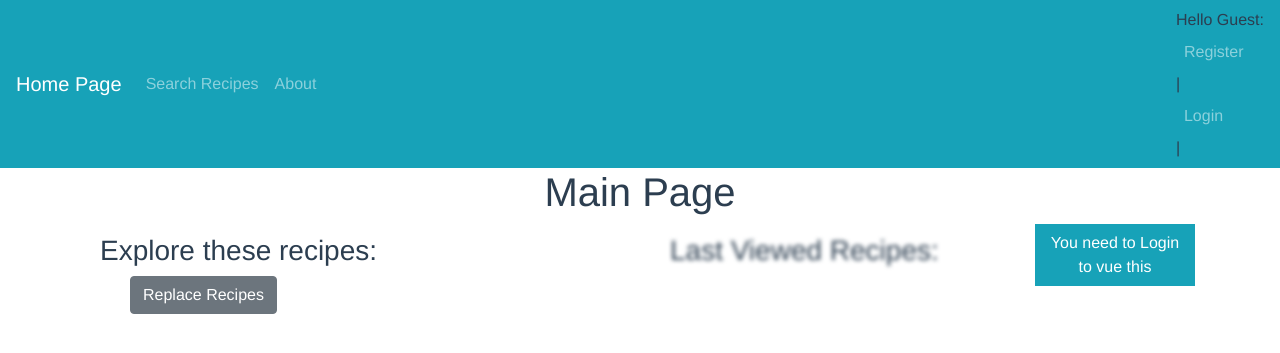
Repository: chenshor/cooking-site
Page: /
These files come from the project's save history. The page is drawn as it stood at one moment and after the next save; the edit follows.
The browser window is 1280 px wide. The pictures show the whole page.
The page's requests for data from a server got no answer. The project was rebuilt for these pictures with package versions that can differ from the ones it lists, and the page was loaded fresh each time. No one was signed in, and anything a server would have sent is missing. Also part of the build but not shown: vue.config.js, src/components/Indication.vue, src/components/RecipePreview.vue, src/pages/NotFoundPage.vue, src/components/IngredientSpoon.vue, src/components/Favorite.vue, src/pages/RecipePage.vue, src/assets/countries.js and 8 more.

Above is the page before, as saved 2020-06-22 21:17:27.

### index.html
<!DOCTYPE html>
<html lang="en">
  <head>
    <meta charset="utf-8" />
    <meta http-equiv="X-UA-Compatible" content="IE=edge" />
    <meta
      name="viewport"
      content="width=device-width,initial-scale=1.0,shrink-to-fit=no"
    />
    <link rel="icon" href="<%= BASE_URL %>favicon.ico" />
    <title><%= htmlWebpackPlugin.options.title %></title>
  </head>
  <body>
    <noscript>
      <strong
        >We're sorry but <%= htmlWebpackPlugin.options.title %> doesn't work
        properly without JavaScript enabled. Please enable it to
        continue.</strong
      >
    </noscript>
    <div id="app"></div>
    <!-- built files will be auto injected -->
  </body>
</html>

### src/main.js
import Vue from "vue";
import App from "./App.vue";
import VueAxios from "vue-axios";
import axios from "axios";

import routes from "./routes";
import VueRouter from "vue-router";
Vue.use(VueRouter);
const router = new VueRouter({
  routes,
});

import Vuelidate from "vuelidate";
import "bootstrap/dist/css/bootstrap.css";
import "bootstrap-vue/dist/bootstrap-vue.css";
import {
  FormGroupPlugin,
  FormPlugin,
  FormInputPlugin,
  ButtonPlugin,
  CardPlugin,
  NavbarPlugin,
  FormSelectPlugin,
  AlertPlugin,
  ToastPlugin,
  LayoutPlugin,
  ImagePlugin,
  TabsPlugin,
  FormCheckboxPlugin,
  FormRadioPlugin,
  FormTagsPlugin,
  IconsPlugin,
} from "bootstrap-vue";
[
  FormGroupPlugin,
  FormPlugin,
  FormInputPlugin,
  ButtonPlugin,
  CardPlugin,
  NavbarPlugin,
  FormSelectPlugin,
  AlertPlugin,
  ToastPlugin,
  LayoutPlugin,
  ImagePlugin,
  TabsPlugin,
  FormCheckboxPlugin,
  FormRadioPlugin,
  FormTagsPlugin,
  IconsPlugin,
].forEach((x) => Vue.use(x));
Vue.use(Vuelidate);
Vue.use(VueAxios, axios);
axios.defaults.withCredentials = true;
axios.interceptors.request.use(
  function(config) {
    // Do something before request is sent
    return config;
  },
  function(error) {
    // Do something with request error
    return Promise.reject(error);
  }
);

// Add a response interceptor
axios.interceptors.response.use(
  function(response) {
    // Do something with response data
    return response;
  },
  function(error) {
    // Do something with response error
    return Promise.reject(error);
  }
);

Vue.use(VueAxios, axios);

Vue.config.productionTip = false;

const shared_data = {
  username: localStorage.username,
  login(username) {
    localStorage.setItem("username", username);
    this.username = username;
    console.log("login", this.username);
  },
  logout() {
    console.log("logout");
    localStorage.removeItem("username");
    this.username = undefined;
  },
};
console.log(shared_data);
// Vue.prototype.$root.store = shared_data;

new Vue({
  router,
  data() {
    return {
      store: shared_data,
    };
  },
  methods: {
    toast(title, content, variant = null, append = false) {
      this.$bvToast.toast(`${content}`, {
        title: `${title}`,
        toaster: "b-toaster-top-center",
        variant: variant,
        solid: true,
        appendToast: append,
        autoHideDelay: 3000,
      });
    },
  },
  render: (h) => h(App),
}).$mount("#app");

### src/App.vue
<template>
  <div id="app">
    <b-navbar toggleable="lg" type="dark" variant="info">
      <b-navbar-brand to="/">Home Page</b-navbar-brand>

      <b-navbar-toggle target="nav-collapse"></b-navbar-toggle>

      <b-collapse id="nav-collapse" is-nav>
        <b-navbar-nav>
          <b-nav-item to="/search">Search Recipes</b-nav-item>
          <b-nav-item to="/about">About</b-nav-item>
        </b-navbar-nav>

        <!-- Right aligned nav items -->
        <b-navbar-nav class="ml-auto">
          <span v-if="!$root.store.username">
            Hello Guest:
            <b-nav-item to="/register">Register</b-nav-item>|
            <b-nav-item to="/login">Login</b-nav-item>|
          </span>
          <span v-else>
            {{ $root.store.username }}:
            <b-button @click="Logout">Logout</b-button>
|
            <b-nav-item-dropdown text="Personal">
              <b-dropdown-item to="/FamilyList">Family Recipes</b-dropdown-item>
              <b-dropdown-item to="/myRecipes">My Recipes</b-dropdown-item>
              <b-dropdown-item to="/favorite">My Favorite</b-dropdown-item>
            </b-nav-item-dropdown>

            <b-nav-item-dropdown right>
              <!-- Using 'button-content' slot -->
              <template v-slot:button-content>
                <em>User</em>
              </template>
              <b-dropdown-item href="#">Profile</b-dropdown-item>
              <b-dropdown-item href="#">Sign Out</b-dropdown-item>
            </b-nav-item-dropdown>
          </span>
        </b-navbar-nav>
      </b-collapse>
    </b-navbar>

    <!--


      <span v-if="!$root.store.username">
        Hello Guest:
        <router-link to="/register">Register</router-link>|
        <router-link to="/login">Login</router-link>|
      </span>
      <span v-else>
        {{ $root.store.username }}:
        <b-nav-item-dropdown text="Personal" >
          <b-dropdown-item to="/FamilyList">Family Recipes</b-dropdown-item>
          <b-dropdown-item to="/myRecipes">My Recipes</b-dropdown-item>
          <b-dropdown-item to="/favorite">My Favorite</b-dropdown-item>
        </b-nav-item-dropdown>
        <router-link to="/FamilyList">Family Recipes</router-link>|
        <router-link to="/myRecipes">My Recipes</router-link>|
        <router-link to="/favorite">My Favorite</router-link>
        <button @click="Logout">Logout</button>|
      </span>
    </div>-->
    <router-view />
  </div>
</template>

<script>
export default {
  name: "App",
  methods: {
    async Logout() {
      this.$root.store.logout();
      const response = await this.axios.post(
        "https://ass3-2.herokuapp.com/logout"
      );
      this.$root.toast("Logout", "User logged out successfully", "success");

      this.$router.push("/").catch(() => {
        this.$forceUpdate();
      });
    }
  }
};
</script>

<style lang="scss">
#app {
  font-family: Avenir, Helvetica, Arial, sans-serif;
  -webkit-font-smoothing: antialiased;
  -moz-osx-font-smoothing: grayscale;
  color: #2c3e50;
  min-height: 100vh;
  width: 100%;
  height: 100%;
}

#nav {
  padding: 30px;
}

#nav a {
  font-weight: bold;
  color: #2c3e50;
}

#nav a.router-link-exact-active {
  color: #42b983;
}
</style>

### src/routes.js
import Main from "./pages/MainPage";
import NotFound from "./pages/NotFoundPage";
import Search from "./pages/SearchPage";
import Recipe from "./pages/RecipePage";
import Register from "./pages/RegisterPage";
import About from "./pages/AboutPage";
import FamilyRecipes from "./pages/FamilyRecipesPage";
import MyRecipesPage from "./pages/MyRecipesPage";

const routes = [
  {
    path: "/",
    name: "main",
    component: Main,
  },
  {
    path: "/login",
    name: "login",
    component: () => import("./pages/LoginPage"),
  },
  {
    path: "*",
    name: "notFound",
    component: NotFound,
  },
  {
    path: "/search",
    name: "search",
    component: () => import("./pages/SearchPage"),
  },
  {
    path: "/recipe/:recipeId",
    name: "recipe",
    component: () => import("./pages/RecipePage"),
  },
  {
    path: "/familyRecipe/:id",
    name: "familyRecipe",
    component: () => import("./pages/FullFamilyRecipePage"),
  },
  {
    path: "/register",
    name: "register",
    component: () => import("./pages/RegisterPage"),
  },
  {
    path: "/about",
    name: "about",
    component: () => import("./pages/AboutPage"),
  },
  {
    path: "/FamilyList",
    name: "FamilyRecipes",
    component: () => import("./pages/FamilyRecipesPage"),
  },
  {
    path: "/myRecipes",
    name: "myRecipes",
    component: () => import("./pages/MyRecipesPage"),
  },
  {
    path: "/favorite",
    name: "favorite",
    component: () => import("./pages/FavoritePage"),
  },
];

export default routes;

### src/pages/MainPage.vue
<template>
  <div>
    <b-container class="container">
      <b-row>
        <b-col class="text-center">
          <h1 class="title">Main Page</h1>
        </b-col>
      </b-row>
      <b-row align-v="stretch">
        <b-col>
          <RecipePreviewList title="Randome Recipes" class="RandomRecipes center" />
        </b-col>
        <b-col>
          <b-row>
            <b-col cols="8">
              <LastSeen
                title="Last Viewed Recipes"
                :class="{
            RandomRecipes: true,
            blur: !$root.store.username,
            center: true,
          }"
                disabled
              ></LastSeen>
            </b-col>
            <b-col>
              <b-button
                squared
                v-if="!$root.store.username"
                to="/login"
                variant="info"
              >You need to Login to vue this</b-button>
            </b-col>
          </b-row>
        </b-col>
      </b-row>
    </b-container>
  </div>
</template>

<script>
import RecipePreviewList from "../components/RecipePreviewList";
import LastSeen from "../components/LastSeen";
export default {
  components: {
    RecipePreviewList,
    LastSeen
  }
};
</script>

<style lang="scss" scoped>
.RandomRecipes {
  margin: 10px 0 10px;
}
.blur {
  -webkit-filter: blur(5px); /* Safari 6.0 - 9.0 */
  filter: blur(2px);
}
::v-deep .blur .recipe-preview {
  pointer-events: none;
  cursor: default;
}
// .grid {
//   display: grid;
//   grid-template-columns: auto;
//   grid-template-rows: auto;
//   grid-gap: 3%;
//   height: 100%;
//   width: 100%;
// }
// .random {
//   grid-row: 2/-1;
//   padding: 1%;
//   overflow: auto;
// }
// .lastview {
//   grid-row: 2/-1;
//   padding: 1%;
//   overflow: auto;
// }
// .buttonLogin {
//   grid-row: 2/-1;
//   padding-top: 1%;
//   overflow: auto;
//   margin-top: 5%;
// }
// .container {
//   width: 100%;
//   height: 100%;
// }
</style>

### src/pages/SearchPage.vue
<template>
  <b-container class="container">
    <b-row>
      <b-col>
        <h1 class="titleS">Search</h1>
      </b-col>
    </b-row>
    <b-row>
      <b-col>
        <b-form @submit.prevent="searchRecipe">
          <b-form-group label="search" label-for="search">
            <b-form-input id="search" v-model="search" placeholder="Search here.."></b-form-input>
          </b-form-group>

          <b-form-group label="Cuisine">
            <b-form-tags v-model="valueCuisine" size="lg" add-on-change no-outer-focus class="mb-2">
              <template v-slot="{ tags, inputAttrs, inputHandlers, disabled, removeTag }">
                <ul v-if="tags.length > 0" class="list-inline d-inline-block mb-2">
                  <li v-for="tag in tags" :key="tag" class="list-inline-item">
                    <b-form-tag
                      @remove="removeTag(tag)"
                      :title="tag"
                      :disabled="disabled"
                      variant="info"
                    >{{ tag }}</b-form-tag>
                  </li>
                </ul>
                <b-form-select
                  v-bind="inputAttrs"
                  v-on="inputHandlers"
                  :disabled="disabled"
                  :options="cuisine"
                >
                  <template v-slot:first>
                    <option disabled value>Choose a tag...</option>
                  </template>
                </b-form-select>
              </template>
            </b-form-tags>
          </b-form-group>

          <b-form-group label="Diet">
            <b-form-tags v-model="valueDiet" size="lg" add-on-change no-outer-focus class="mb-2">
              <template v-slot="{ tags, inputAttrs, inputHandlers, disabled, removeTag }">
                <ul v-if="tags.length > 0" class="list-inline d-inline-block mb-2">
                  <li v-for="tag in tags" :key="tag" class="list-inline-item">
                    <b-form-tag
                      @remove="removeTag(tag)"
                      :title="tag"
                      :disabled="disabled"
                      variant="info"
                    >{{ tag }}</b-form-tag>
                  </li>
                </ul>
                <b-form-select
                  v-bind="inputAttrs"
                  v-on="inputHandlers"
                  :disabled="disabled"
                  :options="diet"
                >
                  <template v-slot:first>
                    <option disabled value>Choose a tag...</option>
                  </template>
                </b-form-select>
              </template>
            </b-form-tags>
          </b-form-group>
          <b-form-group label="Intolerance">
            <b-form-tags
              v-model="valueIntolerance"
              size="lg"
              add-on-change
              no-outer-focus
              class="mb-2"
            >
              <template v-slot="{ tags, inputAttrs, inputHandlers, disabled, removeTag }">
                <ul v-if="tags.length > 0" class="list-inline d-inline-block mb-2">
                  <li v-for="tag in tags" :key="tag" class="list-inline-item">
                    <b-form-tag
                      @remove="removeTag(tag)"
                      :title="tag"
                      :disabled="disabled"
                      variant="info"
                    >{{ tag }}</b-form-tag>
                  </li>
                </ul>
                <b-form-select
                  v-bind="inputAttrs"
                  v-on="inputHandlers"
                  :disabled="disabled"
                  :options="intolerance"
                >
                  <template v-slot:first>
                    <option disabled value>Choose a tag...</option>
                  </template>
                </b-form-select>
              </template>
            </b-form-tags>
          </b-form-group>

          <b-form-group label="Number of results:">
            <b-form-radio-group
              id="numberSearch"
              v-model="selected"
              :options="options"
              name="numberOfResults"
            ></b-form-radio-group>
          </b-form-group>
          <b-button type="submit" variant="primary" style="width:250px;" class="ml-5 w-75">Search</b-button>
        </b-form>
        <b-row v-if="recipes.length>0">
          <b-form-group label="Sort by:" v-model="sort">
            <b-form-radio
              v-on:change="sortArrays"
              v-model="sort"
              name="some-radios"
              value="aggregateLikes"
            >Likes</b-form-radio>
            <b-form-radio
              v-on:change="sortArrays"
              v-model="sort"
              name="some-radios"
              value="readyInMinutes"
            >Time</b-form-radio>
          </b-form-group>
        </b-row>
      </b-col>
    </b-row>
    <b-row class="recipesSearch">
      <div v-for="r in recipes" :key="r.id">
        <b-col>
          <RecipePreview class="recipePreview" :recipe="r" />
        </b-col>
      </div>
    </b-row>
    <h3 v-if="!isFound">Recipe not found</h3>
  </b-container>
</template>

<script>
import cuisine from "../assets/cuisine";
import diet from "../assets/diet";
import intolerance from "../assets/intolerance";
import RecipePreview from "../components/RecipePreview";

export default {
  name: "SearchPage",
  components: {
    RecipePreview
  },
  data() {
    return {
      cuisine: [{ value: null, text: "", disabled: true }],
      diet: [{ value: null, text: "", disabled: true }],
      intolerance: [{ value: null, text: "", disabled: true }],
      valueCuisine: [],
      valueDiet: [],
      search: "",
      valueIntolerance: [],
      errors: [],
      sort: "",
      isFound: Boolean,

      selected: "5", // Must be an array reference!
      options: [
        { text: "5", value: "5" },
        { text: "10", value: "10" },
        { text: "15", value: "15" }
      ],
      recipes: []
    };
  },
  methods: {
    async searchRecipe() {
      try {
        let query = this.search;
        for (let i in this.valueCuisine) {
          query = query.concat(" " + this.valueCuisine[i]);
        }
        for (let i in this.valueDiet) {
          query = query.concat(" " + this.valueDiet[i]);
        }
        for (let i in this.valueIntolerance) {
          query = query.concat(" " + this.valueIntolerance[i]);
        }

        let number = this.selected;

        const response = await this.axios.get(
          `https://ass3-2.herokuapp.com/recipes/search/query/${query}/amount/${number}`
        );
        this.isFound = true;
        const recipes = response.data.data;
        this.recipes = [];
        this.recipes.push(...recipes);
        sessionStorage.removeItem("recipes");
        sessionStorage.recipes = JSON.stringify(this.recipes);
      } catch (err) {
        this.isFound = false;
      }
    },
    sortArrays(event) {
      console.log(this.recipes);
      // this.recipes = orderBy(this.recipes, this.sort, "asc");
      this.recipes.sort((a, b) => {
        a[this.sort] < b[this.sort];
      });
    }
  },

  mounted() {
    this.cuisine.push(...cuisine);
    this.diet.push(...diet);
    this.intolerance.push(...intolerance);
    console.log(this.recipes.length);
    if (sessionStorage.recipes) {
      this.recipes = JSON.parse(sessionStorage.getItem("recipes"));
    }
  }
};
</script>

<style>
.container {
  width: 100%;
}
</style>

### src/components/RecipePreviewList.vue
<template>
  <b-container>
    <h3>
      Explore these recipes:
      <slot></slot>
    </h3>
    <b-col>
      <b-col v-for="r in recipes" :key="r.id">
        <RecipePreview class="recipePreview" :recipe="r" />
      </b-col>
      <b-col>
        <b-button v-on:click="updateRecipes">Replace Recipes</b-button>
      </b-col>
    </b-col>
  </b-container>
</template>

<script>
import RecipePreview from "./RecipePreview";
export default {
  name: "RecipePreviewList",
  components: {
    RecipePreview
  },
  props: {
    title: {
      type: String,
      required: true
    }
  },
  data() {
    return {
      recipes: []
    };
  },
  mounted() {
    this.updateRecipes();
  },
  methods: {
    async updateRecipes() {
      try {
        const response = await this.axios.get(
          "https://ass3-2.herokuapp.com/recipes/randomRecipes"
        );

        console.log(response);
        const recipes = response.data.randomRecipes; /////// change to randomRecipes

        this.recipes = [];
        this.recipes.push(...recipes);
      } catch (error) {
        console.log(error);
      }
    }
  }
};
</script>

<style lang="scss" scoped>
.container {
  min-height: 400px;
}
</style>

### src/components/LastSeen.vue
<template>
  <b-container>
    <h3>
      {{ title }}:
      <slot></slot>
    </h3>
    <b-row>
      <div v-if="this.lastSeen">
        <b-col v-for="r in recipes" :key="r.id">
          <RecipePreview class="recipePreview" :recipe="r" />
        </b-col>
      </div>
      <div v-else>
        <b-col>
          <h3>You havn't seen any recipes yet!!!</h3>
        </b-col>
      </div>
    </b-row>
  </b-container>
</template>

<script>
import RecipePreview from "./RecipePreview";
export default {
  name: "RecipePreviewList",
  components: {
    RecipePreview
  },
  props: {
    title: {
      type: String,
      required: true
    }
  },
  data() {
    return {
      recipes: [],
      lastSeen: Boolean
    };
  },
  mounted() {
    this.updateRecipes();
  },
  methods: {
    async updateRecipes() {
      try {
        let username = localStorage.getItem("username");
        if (username) {
          const response = await this.axios.get(
            "https://ass3-2.herokuapp.com/users/lastSeen"
          );

          const recipes = response.data.lastSeen;
          this.lastSeen = true;

          this.recipes = [];
          this.recipes.push(...recipes);
        }
      } catch (error) {
        // console.log(error);
        this.lastSeen = false;
      }
    },
    async getFunc() {
      return await this.axios.get(
        "https://ass3-2.herokuapp.com/users/lastSeen"
      );
    }
  }
};
</script>

<style lang="scss" scoped>
.container {
  min-height: 400px;
}
</style>

### src/assets/cuisine.js
export default[
"African",
"American",
"British",
"Cajun",
"Caribbean",
"Chinese",
"Eastern European",
"European",
"French",
"German",
"Greek",
"Indian",
"Irish",
"Italian",
"Japanese",
"Jewish",
"Korean",
"Latin American",
"Mediterranean",
"Mexican",
"Middle Eastern",
"Nordic",
"Southern",
"Spanish",
"Thai",
"Vietnamese"
];

### src/assets/diet.js
export default[
    "Whole30",
    "Primal",
    "Paleo",
    "Pescetarian",
    "Vegan",
    "Ovo-Vegetarian",
    "Lacto-Vegetarian",
    "Vegetarian",
    "Ketogenic",
    "Gluten Free"

];

### src/assets/intolerance.js
export default[
"Dairy",
"Egg",
"Gluten",
"Grain",
"Peanut",
"Seafood",
"Sesame",
"Shellfish",
"Soy",
"Sulfite",
"Tree Nut",
"Wheat"
];

After the next save:
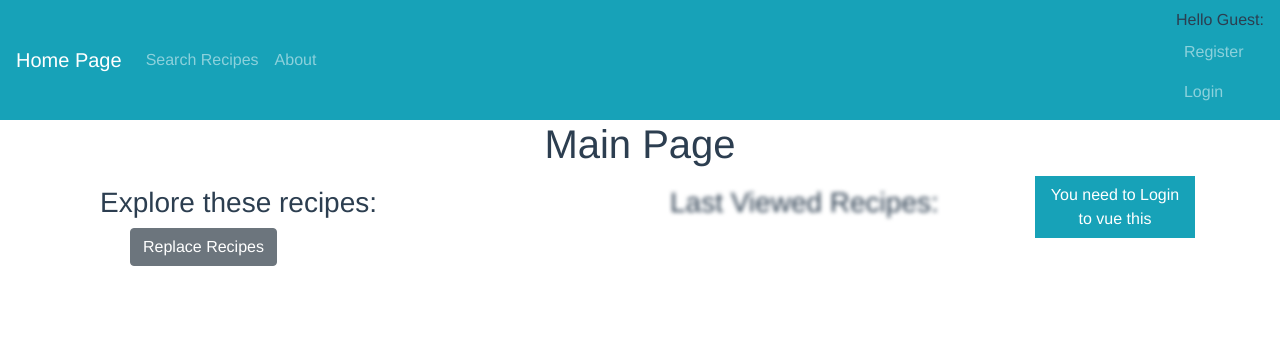
Saved 43 s later.
--- a/src/App.vue
+++ b/src/App.vue
@@ -15,13 +15,12 @@
         <b-navbar-nav class="ml-auto">
           <span v-if="!$root.store.username">
             Hello Guest:
-            <b-nav-item to="/register">Register</b-nav-item>|
-            <b-nav-item to="/login">Login</b-nav-item>|
+            <b-nav-item to="/register">Register</b-nav-item>
+            <b-nav-item to="/login">Login</b-nav-item>
           </span>
           <span v-else>
             {{ $root.store.username }}:
-            <b-button @click="Logout">Logout</b-button>
-|
+            <b-button @click="Logout">Logout</b-button>|
             <b-nav-item-dropdown text="Personal">
               <b-dropdown-item to="/FamilyList">Family Recipes</b-dropdown-item>
               <b-dropdown-item to="/myRecipes">My Recipes</b-dropdown-item>
